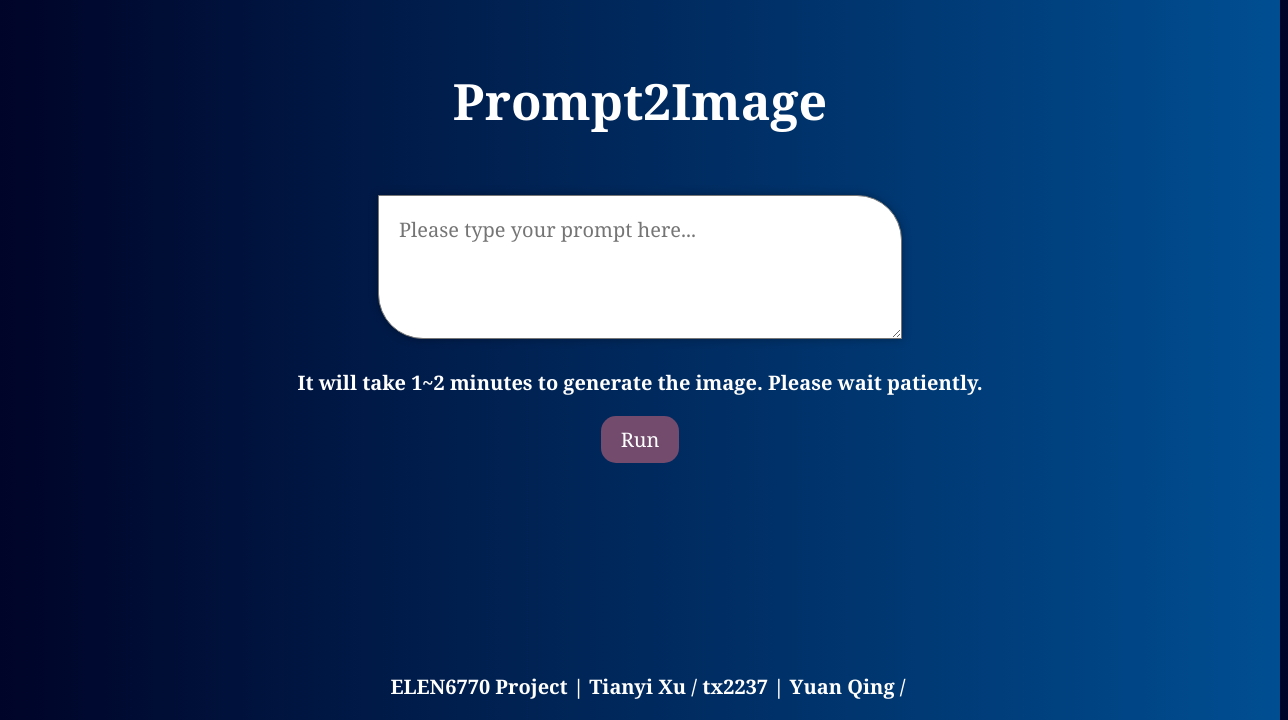
Repository: XTTTZ/Prompt2Image
Page: main3.html
An editor plug-in stored every save of this project. The page is shown before and after the next save, followed by the edit.
The browser window is 1280 px wide. The page is 1288 px wide, so the pictures cover 1288 px, including what lies to the right of the window. The pictures show the whole page.
The page's requests for data from a server got no answer.

Above is the page before, as saved 2023-11-30 22:02:23.

After the next save:
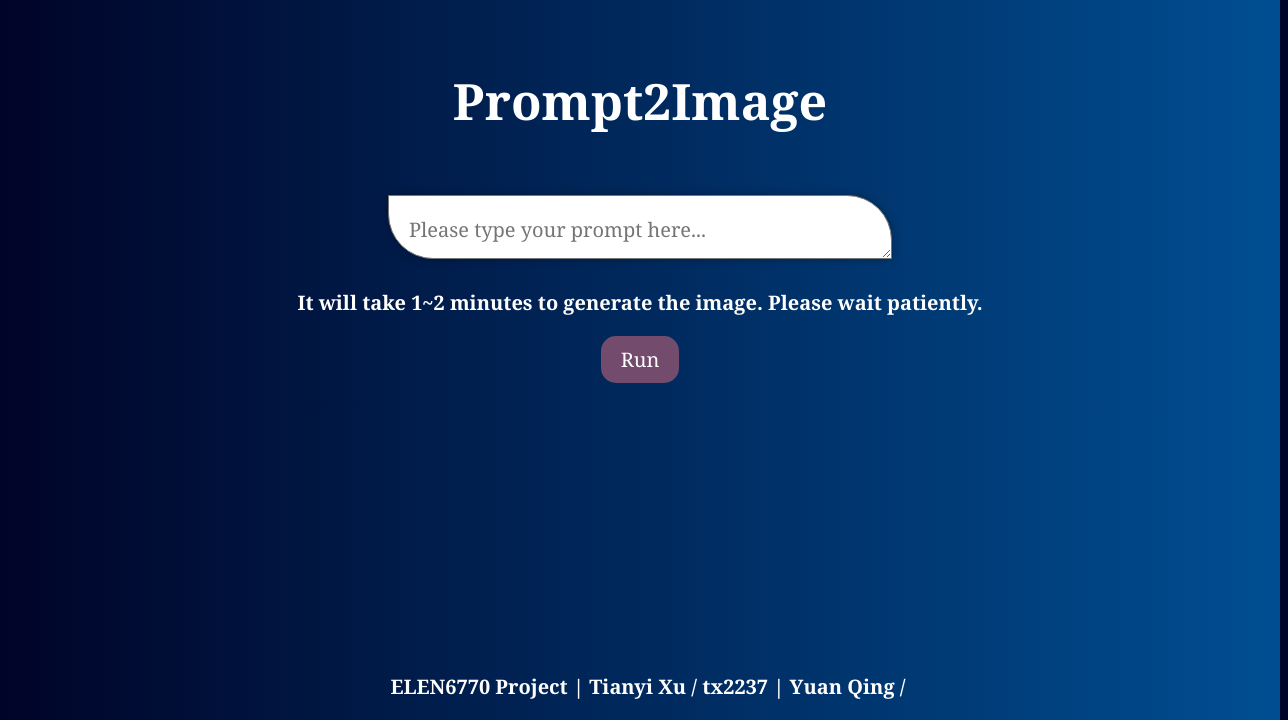
Saved 42 s later.
--- a/main3.html
+++ b/main3.html
@@ -54,8 +54,8 @@
             padding-left: 1em;
             padding-top: 1em;
             margin: 0.5em 0;
-            width: 500px;
-            height: 6em;
+            width: 24em;
+            height: 2em;
             text-align: left;
             vertical-align: top;
             font-size: 20px;
